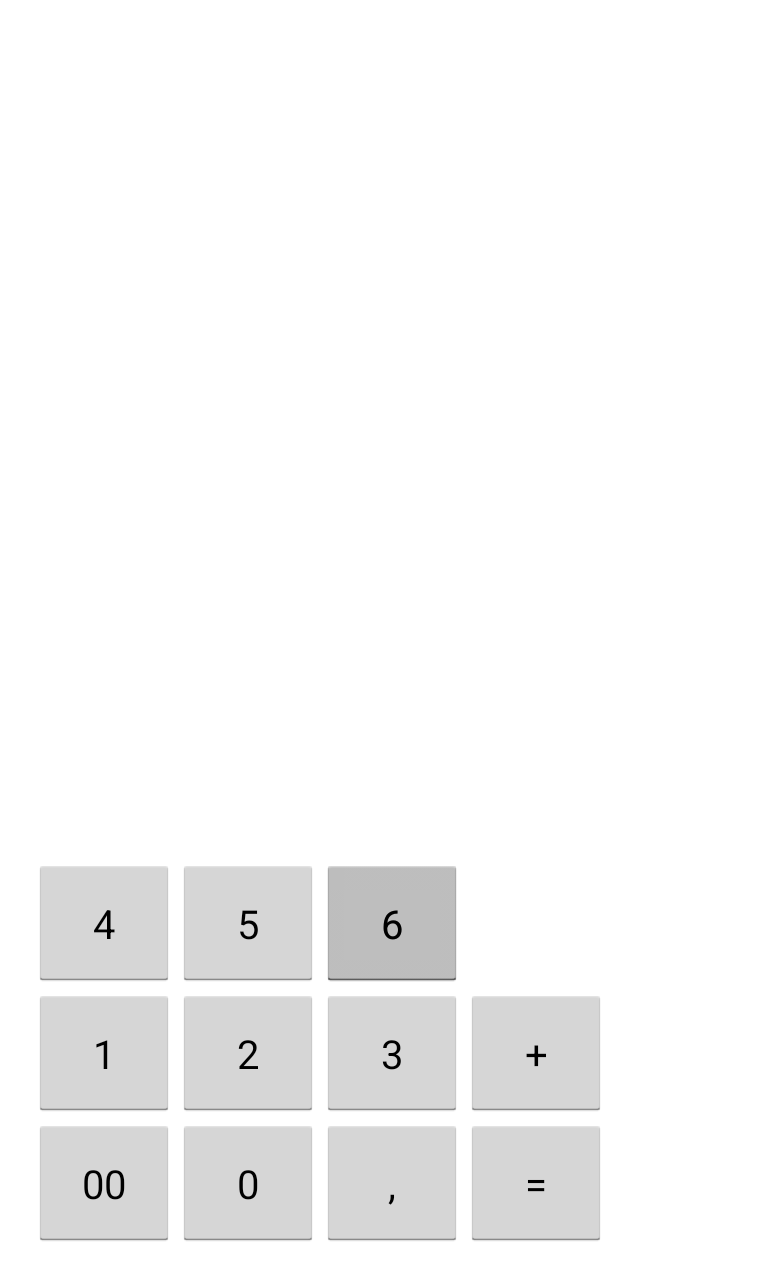
Repository: kisahtegar/mp_java_si6
Layout: MyCalculator/res/layout/activity_main.xml
These files come from the project's save history. The layout is drawn as it stood at one moment and after the next save; the edit follows.
It is drawn on a 768 x 1280 px phone screen (xhdpi) without system bars, with theme AppTheme; the app's code is not run.

Above is the layout before, as saved 2024-05-14 10:10:18.

After the next save:
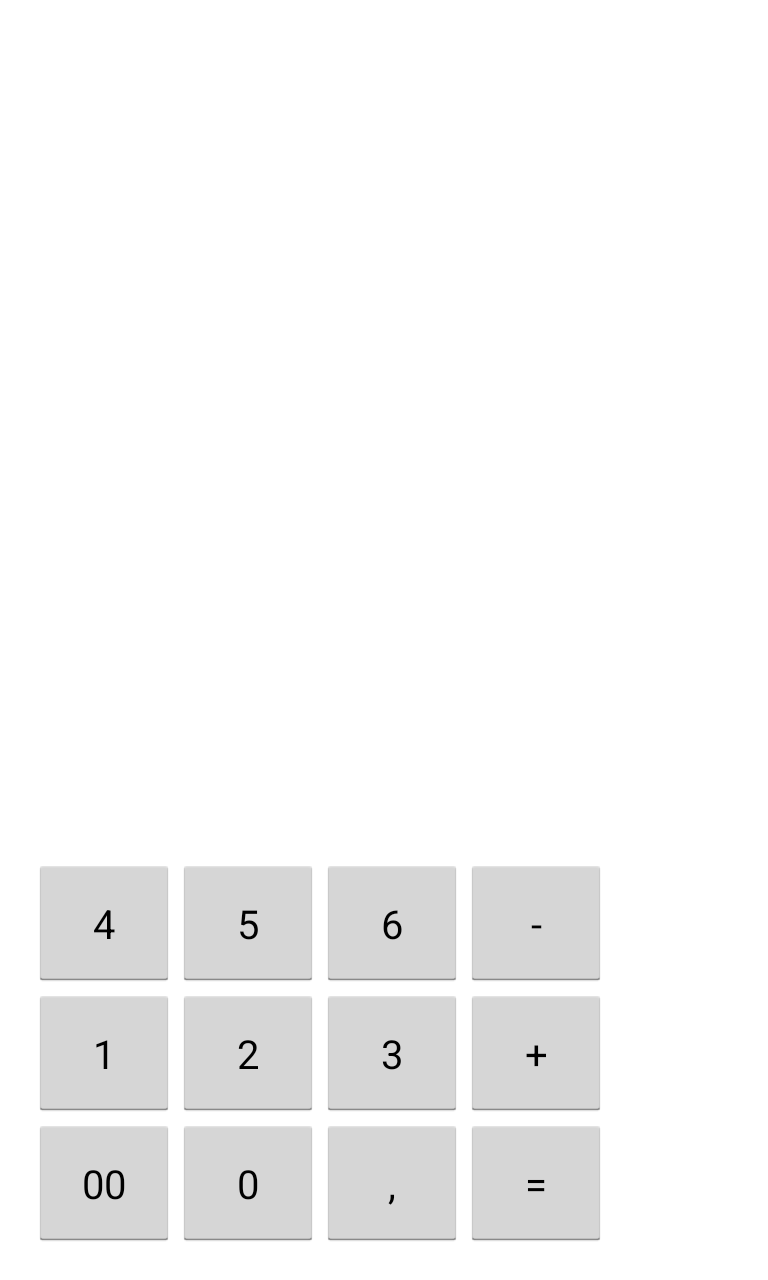
Saved 18 s later.
--- a/MyCalculator/res/layout/activity_main.xml
+++ b/MyCalculator/res/layout/activity_main.xml
@@ -123,9 +123,9 @@
         style="?android:attr/buttonStyleSmall"
         android:layout_width="72dp"
         android:layout_height="65dp"
-        android:layout_above="@+id/btnThree"
-        android:layout_toRightOf="@+id/btnFive"
-        android:text="6"
+        android:layout_above="@+id/btnPlus"
+        android:layout_toRightOf="@+id/btnSix"
+        android:text="-"
         android:textSize="20sp" />
 
 </RelativeLayout>
